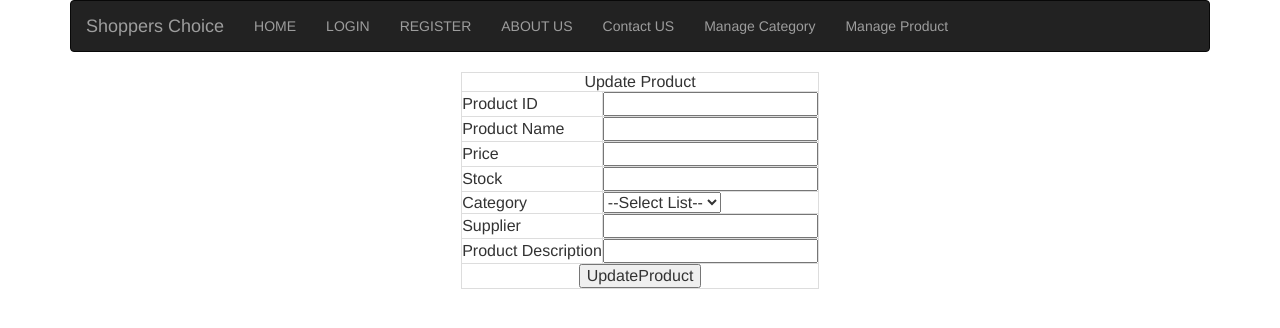
Repository: ShivaniSharma97/NewWorkspace
Page: http://localhost/ShoppersChoiceFrontend/WEB-INF/views/UpdateProduct.jsp
The author's editor kept a copy of each file at every save. The page is drawn from the files as they stood at one save, then again after the next save.
The browser window is 1280 px wide. The pictures show the whole page.
The page is served by Tomcat 9. Nobody is signed in. The template is opened directly, without the code that normally fills it, so the values that code supplies are empty.

Above is the page before, as saved 2019-02-13 08:56:39.

After the next save:
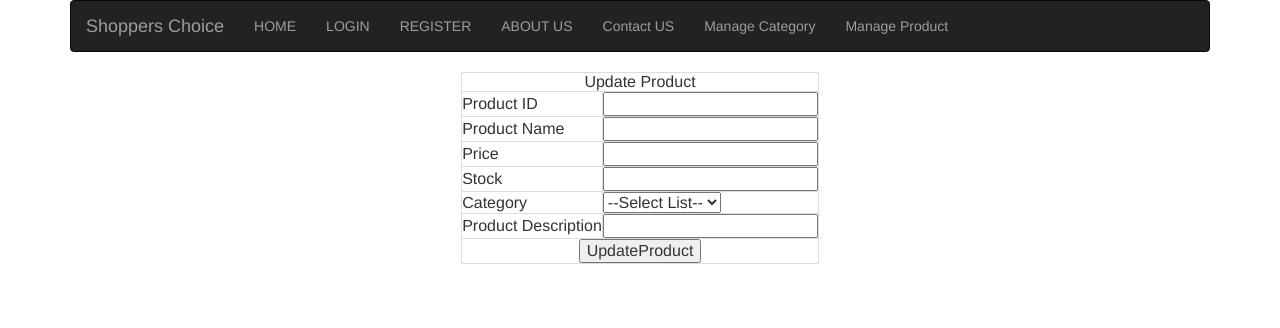
Saved 12 s later.
--- a/ShoppersChoiceFrontend/src/main/webapp/WEB-INF/views/UpdateProduct.jsp
+++ b/ShoppersChoiceFrontend/src/main/webapp/WEB-INF/views/UpdateProduct.jsp
@@ -41,10 +41,6 @@
     </td>
   </tr>
 
-  <tr>
-     <td> Supplier </td>
-     <td> <form:input path="supplierId" /> </td>
-  </tr>
 
   <tr>
      <td> Product Description </td>
